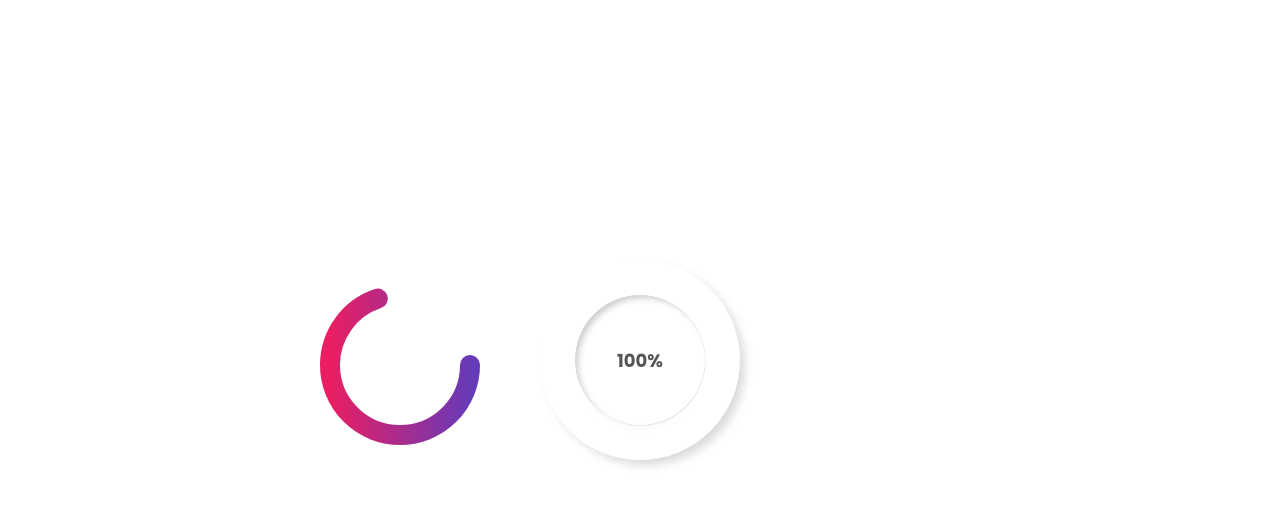
Repository: Ankitkr2021/Loader-Spinner
Page: index.html
The author's editor kept a copy of each file at every save. The page is drawn from the files as they stood at one save, then again after the next save.
The browser window is 1280 px wide. The pictures show the whole page.

Above is the page before, as saved 2025-10-21 13:38:12.

After the next save:
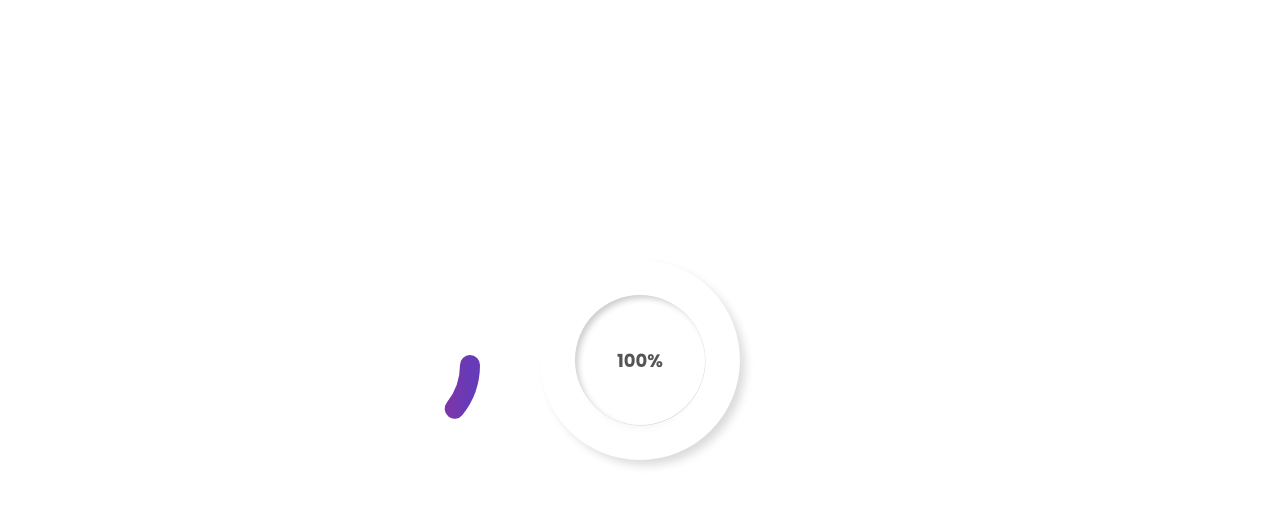
Saved 37 s later.
--- a/style.css
+++ b/style.css
@@ -56,7 +56,7 @@ circle {
 
 @keyframes anim {
     100% {
-            stroke-dashoffset: 165.2;
+            stroke-dashoffset: 424.8;
     }
     75% {
 
